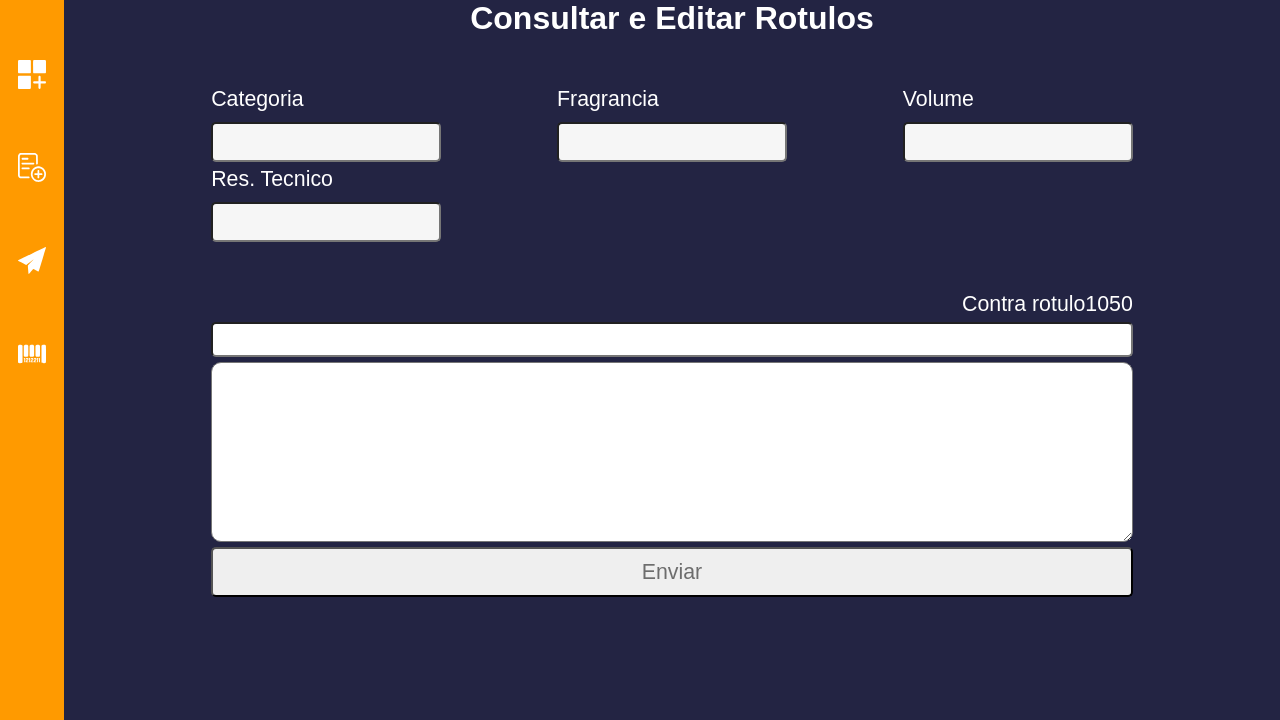
Repository: jeanjanrley/Organizador-de-rotulos
Page: /consultar
These files come from the project's save history. The page is drawn as it stood at one moment and after the next save; the edit follows.
The browser window is 1280 px wide. The pictures show the whole page.
The project was rebuilt for these pictures with package versions that can differ from the ones it lists, and the page was loaded fresh each time. Also part of the build but not shown: src/pages/home/Home.js.

Above is the page before, as saved 2021-06-26 15:55:15.

After the next save:
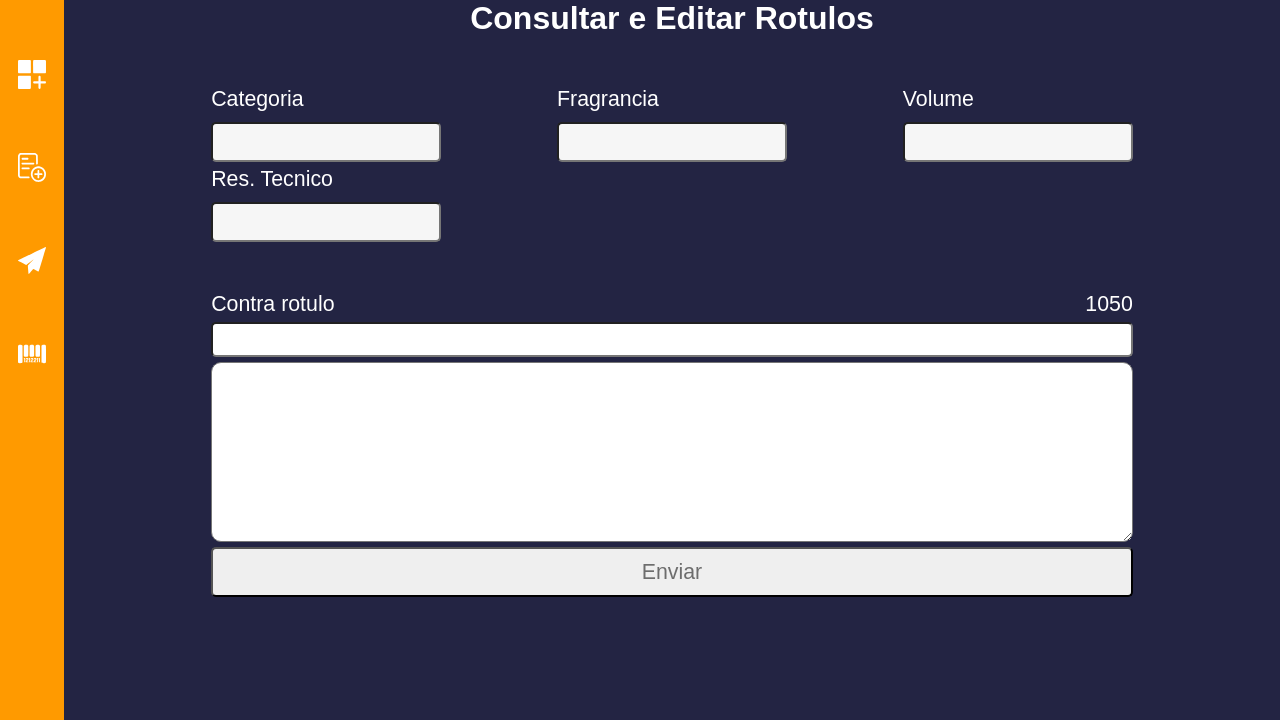
Saved 4 s later.
--- a/src/pages/home/styles.scss
+++ b/src/pages/home/styles.scss
@@ -21,7 +21,7 @@
         .contra-rotulo-count{
             display: flex;
             width: 72vw;
-            justify-content: flex-end
+            justify-content: space-between;
         }
 
         .filter-rotulo{
